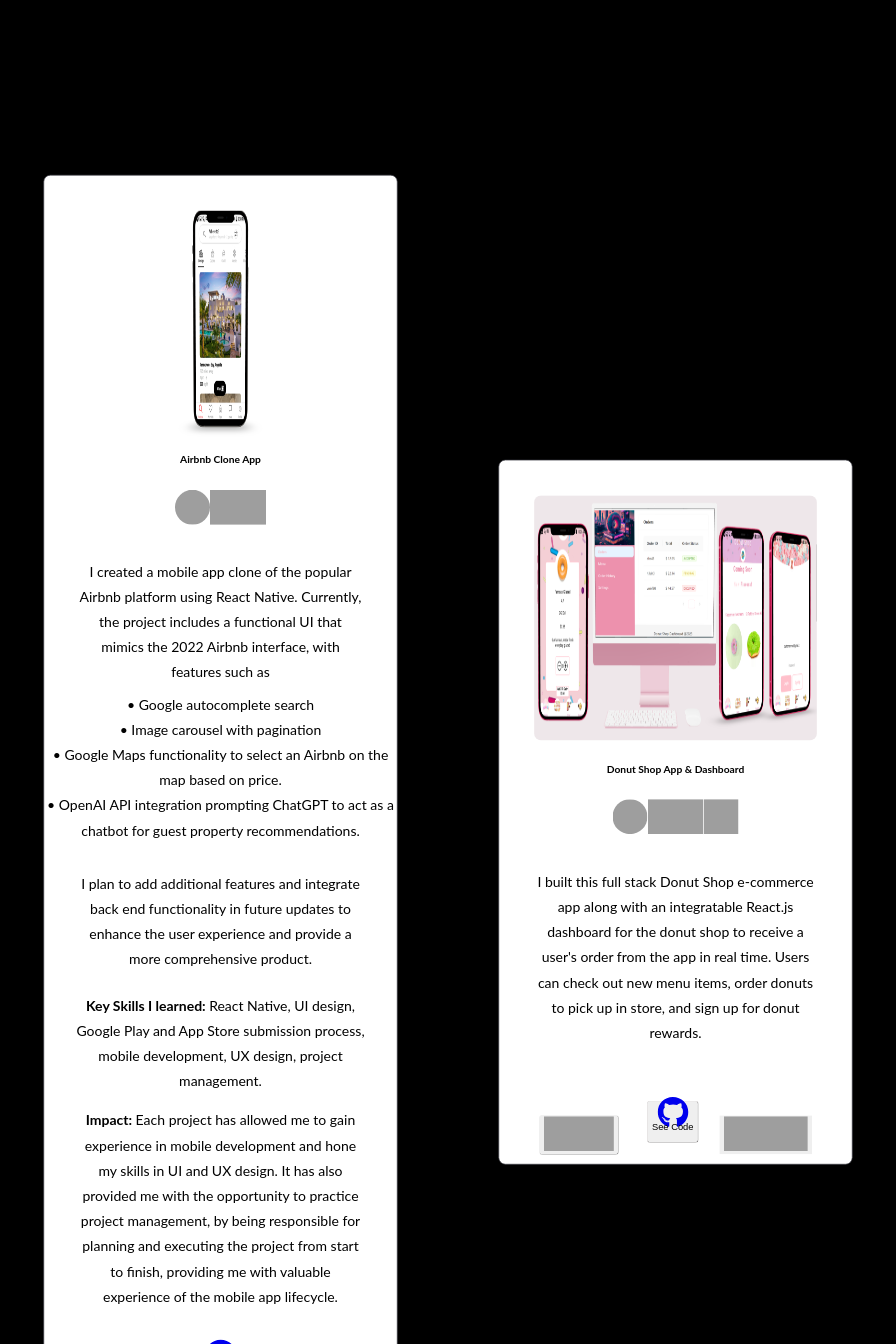
Repository: JamesPesenti/portfolio
Page: /
The author's editor kept a copy of each file at every save. The page is drawn from the files as they stood at one save, then again after the next save.
The browser window is 1280 px wide. The pictures show the part of the page from y = 1444 to 3364 px (the page is 6929 px tall), at 70% of full size.
Pictures or frames that could not be fetched are drawn as grey boxes. The project was rebuilt for these pictures with package versions that can differ from the ones it lists, and the page was loaded fresh each time. Imported but missing from the stored project, and not drawn on this page: src/Components/James Pesenti Resume 2023.pdf.

Above is the page before, as saved 2023-08-28 14:34:21.

### public/index.html
<!DOCTYPE html>
<html lang="en">
  <head>
    <meta charset="utf-8" />
    <link rel="" href="" />
    <meta name="viewport" content="width=device-width, initial-scale=1" />
    <meta name="theme-color" content="#000000" />
    <meta name="description" content="James Pesenti Portfolio 2023" />
    <link rel="apple-touch-icon" href="" />
    <link rel="manifest" href="%PUBLIC_URL%/manifest.json" />

    <title>Portfolio 2023</title>

  </head>
  <body>
    <div id="root"></div>
  </body>
</html>

### src/Components/Navbar.jsx
import React, {Component} from 'react'
import { FaGithub } from "react-icons/fa";
import { FaEnvelope } from "react-icons/fa";
import { FaFile } from "react-icons/fa";
import Pdf from "../Components/James Pesenti Resume 2023.pdf"


const Navbar = () => {
  return (
    <>
          <div className="navbar flex">
            <div className="container">
                <nav>
                  <ul style={{textAlign: "center", marginTop: 70, position: 'relative', left: 0, top: -2}}>
                    <li>
                      <a className="App-link"  href="mailto:jamespesenti91@gmail.com" target="_blank" rel="noopener noreferrer">
                      <FaEnvelope size={35} style={{display: "flex", textAlign: "center", marginLeft: 10}}/>
                          Contact
                      </a>
                    </li>
                    <li>
                      <a className="App-link" href="https://github.com/JamesPesenti" target="_blank" rel="noopener noreferrer">
                        <FaGithub size={35} style={{display: "flex", textAlign: "center", marginLeft: 10}} />
                        GitHub
                      </a>
                    </li>
                    <li>
                      <a className="App-link" href={Pdf} target="_blank" rel="noopener noreferrer">
                        <FaFile size={35} style={{display: "flex", textAlign: "center", marginLeft: 10}} />
                        Resume
                      </a>
                    </li>
                  </ul>
                </nav>
                {/* <h4 style={{color: "white", textAlign: 'center', marginBottom:-440}}>
                  See my work below and send a message to get in touch
                </h4> */}
            </div>
          </div>
    </>
  )
}

export default Navbar

### src/Components/AboutMe.jsx
import React from 'react'
import { FontAwesomeIcon } from '@fortawesome/react-fontawesome'
import { FaGithub } from "react-icons/fa";
import { FaMapPin } from "react-icons/fa";

const AboutMe = () => {
  return (
    <>

        <div style={{justifyContent: "center", textAlign: "center", color: "white", padding: 50,}}>
            {/* Spinning image  */}
            {/* <img style={{padding: 10, borderRadius: "50%", width: 200, height: 200,}} src="/images/IMG_1619.jpg" className="App-logo" alt="logo" /> */}
            <img style={{padding: 10, borderRadius: "50%", width: 200, height: 200,}} src="/images/IMG_1619.jpg" alt="logo" />
            <h1>I'm James Pesenti</h1>
            <h2>a Software Developer building mobile apps and websites</h2>
              <FaMapPin size={20} style={{position: "relative", top: 5, right: 65, }} />
              <h3 style={{marginTop: -24}}> Chicago, IL</h3>
        </div>

</>
  )
}

export default AboutMe

### src/Components/Scroll.jsx
import React from 'react'
import '../CSS/App.css';


const Scroll = () => {

  return (
    <>

        <div style={{marginBottom: 400, justifyContnent: 'center'}} id="section09" class="demo">
          <a href="#parallaxContainer">
            <span></span>
            Scroll down to see my work
          </a>
        </div>

    </>
  )
}

export default Scroll

### src/Components/MyProjects.jsx
import UberGoogleButton from "../Components/UberGoogleButton"
import AstonGoogleButton from "./AstonGoogleButton"
import AstonAppleButton from "./AstonAppleButton"
import BarceGoogleButton from "../Components/BarceGoogleButton"
import BarceAppleButton from "./BarceAppleButton"
import { FaGithub } from "react-icons/fa";

const MyProjects = () => {
  return (

  <>
    <div id="parallaxContainer" style={{ display: 'grid', gridTemplateColumns: 'repeat(2, 1fr)', gap: '20px' }}>

    {/* Airbnb Clone */}
    <div style={{ justifyContent: 'center', alignItems: 'center',  width: "80%", borderRadius: 10}} className="box">
            <div>
                <img style={{ borderRadius: 10, marginTop: 50, marginBottom: -35, width: "48%", height: 350, transition: ".7s", }} src="images/mockrocket-capture (11).png" />
            </div>
            <h4 style={{textAlign: 'center'}}>Airbnb Clone App</h4>
                <div style={{flexDirection: "row", padding: 10, borderRadius: 10, marginBottom: -40,}}>
                  <img style={{width: 50, height: 50, borderRadius: 50}} src="https://i.pinimg.com/originals/8a/02/1a/8a021aa097236b42dd71fb731e3d894d.gif"/>
                  <img style={{width: 80, height: 50, }} src="https://www.datocms-assets.com/45470/1631026680-logo-react-native.png"  />
                  {/* <img style={{width: 50, height: 50, }} src="https://pbs.twimg.com/profile_images/1114309924551417856/FKA4cm2x_400x400.png"  /> */}
                </div>
           <div>
            <p style={{fontSize: 20, textAlign: 'center', padding: 50, marginBottom: -60}}>I created a mobile app clone of the popular Airbnb platform using React Native. Currently, the project includes a functional UI that mimics the 2022 Airbnb interface, with features such as</p>
            <p style={{fontSize: 20, padding: 0, marginBottom: -20}}>&#8226; Google autocomplete search</p>
            <p style={{fontSize: 20,  padding: 0, marginBottom: -20}}>&#8226; Image carousel with pagination</p>
            <p style={{fontSize: 20, paddingHorizontal: 0, marginBottom: -20}}> &#8226; Google Maps functionality to select an Airbnb on the map based on price.</p>
            <p style={{fontSize: 20, paddingHorizontal: 0, marginBottom: -20}}> &#8226; OpenAI API integration prompting ChatGPT to act as a chatbot for guest property recommendations.</p>

            <p style={{fontSize: 20, textAlign: 'center', padding: 40, marginBottom: -60}}>I plan to add additional features and integrate back end functionality in future updates to enhance the user experience and provide a more comprehensive product.</p>
            <p style={{fontSize: 20, textAlign: 'center', padding: 30, marginBottom: -80}}><b> Key Skills I learned: </b>React Native, UI design, Google Play and App Store submission process, mobile development, UX design, project management.</p>
            <p style={{fontSize: 20, textAlign: 'center', padding: 50}}><b> Impact: </b> Each project has allowed me to gain experience in mobile development and hone my skills in UI and UX design. It has also provided me with the opportunity to practice project management, by being responsible for planning and executing the project from start to finish, providing me with valuable experience of the mobile app lifecycle.</p>
           </div>

           <div style={{flexDirection: "row"}}>
                {/* <UberGoogleButton  /> */}
                <button style={{marginTop: 10}} type="button" className="codeButton">
                  <a href="https://github.com/JamesPesenti/Airbnb" target="_blank" rel="noopener noreferrer">
                    <FaGithub  size={45} style={{ marginTop: -80, marginBottom: -25, justifyContent: "center", textAlign: "center"}} />
                  </a>
                  <p>See Code</p>
                </button>
                {/* <AstonAppleButton  /> */}
            </div>

        </div>


     {/* Donut Shop App */}
     <div style={{marginTop: 80, marginBottom: 20, justifyContent: 'center', alignItems: 'center',  width: "80%", borderRadius: 10}} className="box">
            <div>
                <img style={{ borderRadius: 10, marginTop: 50, width: "80%", height: 350, transition: ".7s", }} src="/images/appAndDashMock.png" />
            </div>
            <h4 style={{textAlign: 'center'}}>Donut Shop App & Dashboard</h4>
                <div style={{flexDirection: "row", padding: 10, borderRadius: 10, marginBottom: -40,}}>
                  <img style={{width: 50, height: 50, borderRadius: 50}} src="https://i.pinimg.com/originals/8a/02/1a/8a021aa097236b42dd71fb731e3d894d.gif"/>
                  <img style={{width: 80, height: 50, }} src="https://www.datocms-assets.com/45470/1631026680-logo-react-native.png"  />
                  <img style={{width: 50, height: 50, }} src="https://pbs.twimg.com/profile_images/1114309924551417856/FKA4cm2x_400x400.png"  />
                </div>
            <p style={{fontSize: 20,textAlign: 'center', padding: 50}}>I built this full stack Donut Shop e-commerce app along with an integratable React.js dashboard for the donut shop to receive a user's order from the app in real time. Users can check out new menu items, order donuts to pick up in store, and sign up for donut rewards.</p>

            <div style={{flexDirection: "row"}}>
                <UberGoogleButton  />
                <button style={{marginTop: 40}} type="button" className="codeButton">
                  <a href="https://github.com/JamesPesenti/Donut_Shop" target="_blank" rel="noopener noreferrer">
                    <FaGithub  size={45} style={{ marginTop: -80, marginBottom: -25, justifyContent: "center", textAlign: "center"}} />
                  </a>
                  <p>See Code</p>
                </button>
                <AstonAppleButton  />
            </div>

        </div>


    {/* Uber Eats App */}
    <div style={{marginTop: 80, marginBottom: 60, justifyContent: 'center', alignItems: 'center',  width: "80%", borderRadius: 10}} className="box">
            <div className="imgWrapper" style={{width: 480, height: 350}}>
                <img style={{ borderRadius: 5, marginTop: 50, width: "100%", height: 300, transition: ".7s", }} src="/images/UberEatsLast.png" />
            </div>
            <h4 style={{textAlign: 'center'}}>Uber Eats Clone App</h4>
                <div style={{flexDirection: "row", padding: 10, borderRadius: 10, marginBottom: -40,}}>
                  <img style={{width: 50, height: 50, borderRadius: 50}} src="https://i.pinimg.com/originals/8a/02/1a/8a021aa097236b42dd71fb731e3d894d.gif"/>
                  <img style={{width: 80, height: 50, }} src="https://www.datocms-assets.com/45470/1631026680-logo-react-native.png"  />
                  <img style={{width: 50, height: 50, }} src="https://pbs.twimg.com/profile_images/1114309924551417856/FKA4cm2x_400x400.png" />
                </div>
            <p style={{fontSize: 20,textAlign: 'center', padding: 50}}>A full stack React Native app inspired by the UberEats user app. I utilized AWS Amplify's datastore to configure the back end to query and save customer's orders and used Amazon Cognito for user registration, authentication, & account recovery.</p>

            <div style={{flexDirection: "row"}}>
                <UberGoogleButton  />
                <button style={{marginTop: 40}} type="button" className="codeButton">
                  <a href="https://github.com/JamesPesenti/UberEatsClone" target="_blank" rel="noopener noreferrer">
                    <FaGithub  size={45} style={{ marginTop: -80, marginBottom: -20, justifyContent: "center", textAlign: "center"}} />
                  </a>
                  <p>See Code</p>
                </button>
                <AstonAppleButton  />
            </div>

        </div>


     {/* Aston Waikiki App */}
       <div style={{marginTop: 80, marginBottom: 120, justifyContent: 'center', alignItems: 'center',  width: "80%", borderRadius: 10}} className="box">
            <div className="imgWrapper" style={{width: 450, height: 350}}>
                <img style={{ marginTop: 50, width: "100%", height: "auto", transition: ".7s", }} src="/images/astonmock.png" />
            </div>
            <h4 style={{textAlign: 'center'}}>Aston Waikiki Hotel UI</h4>
                <div style={{flexDirection: "row", padding: 10, borderRadius: 10, marginBottom: -40,}}>
                  <img style={{width: 50, height: 50, borderRadius: 50}} src="https://i.pinimg.com/originals/8a/02/1a/8a021aa097236b42dd71fb731e3d894d.gif"/>
                  <img style={{width: 80, height: 50, }} src="https://www.datocms-assets.com/45470/1631026680-logo-react-native.png"  />
                </div>
            <p style={{fontSize: 20,textAlign: 'center', padding: 50}}>A React Native UI design I created to reimagine the hotel Aston Waikiki Beach's website into a cross platform mobile app. I used most of the content and images from the current website and utilized both Bottom Tabs, Drawer navigation and other React Native libraries for a better user experience.</p>

            <div style={{flexDirection: "row"}}>
                <AstonGoogleButton  />
                <button style={{marginTop: 40}} type="button" className="codeButton">
                        <a href="https://github.com/JamesPesenti/AstonWaikikiBeachApp" target="_blank" rel="noopener noreferrer">
                            <FaGithub  size={45} style={{ marginTop: -80, marginBottom: -20, justifyContent: "center", textAlign: "center"}} />
                        </a>
                        <p>See Code</p>
                </button>
                <AstonAppleButton  />
            </div>

        </div>


    {/* Barcelona App */}
       <div style={{marginTop: 20, marginBottom: 120, justifyContent: 'center', alignItems: 'center',  width: "80%", borderRadius: 10}} className="box">
            <div className="imgWrapper" style={{width: 650, height: 300}}>
                <img style={{ marginTop: 30, width: "100%", height: 250, transition: ".7s", }} src="/images/barcelonamockup.png" />
            </div>
            <h4 style={{textAlign: 'center'}}>Barcelona Tourist App</h4>
                <div style={{flexDirection: "row", padding: 10, borderRadius: 10, marginBottom: -20,}}>
                <img style={{width: 80, height: 50,}} src="https://www.datocms-assets.com/45470/1631026680-logo-react-native.png"  />
                <img style={{width: 50, height: 50, borderRadius: 50}} src="https://i.pinimg.com/originals/8a/02/1a/8a021aa097236b42dd71fb731e3d894d.gif"/>
                </div>
            <p style={{fontSize: 20, textAlign: 'center', padding: 50}}>I created this React Native app for visitors of Barcelona Spain to save pictures and locations of their favorite places. I used pop-up modals for users to quickly get information on popular sights and used geolocation with google maps so users can save their location and select it on the map.</p>

            <div style={{flexDirection: "row"}}>
               <BarceAppleButton  />
                <button style={{marginTop: 40}} type="button" className="codeButton">
                        <a href="https://github.com/JamesPesenti/BarcelonaApp" target="_blank" rel="noopener noreferrer">
                            <FaGithub  size={45} style={{ marginTop: -80, marginBottom: -20, justifyContent: "center", textAlign: "center"}} />
                        </a>
                        <p>See Code</p>
                </button>
                <BarceGoogleButton  />
            </div>

        </div>

    {/* IAR React App */}
        {/* <div style={{marginBottom: 0, justifyContent: 'center', alignItems: 'center',  width: "80%", borderRadius: 10}} className="box">
            <img style={{ width: 600, height: 350, borderRadius: 10, borderWidth: 2, borderColor: "green"}} src="/images/innermock.png" />
            <h4 style={{textAlign: 'center'}}>Inner Aura Readings Website</h4>
            <div style={{flexDirection: "row", padding: 10, borderRadius: 10}}>
                <img src="https://www.logo.wine/a/logo/React_(web_framework)/React_(web_framework)-Logo.wine.svg" style={{width: 100, height: 50,}} />
                <img className="logoBox" src="https://cdn.pixabay.com/photo/2017/08/05/11/16/logo-2582747_1280.png" style={{width: 50, height: 50,}} />
            </div>
            <p style={{fontSize: 20, textAlign: 'center', padding: 50}}>This was the first official React.js web app that I developed. I made it for a friend who wanted to reach more customers with a mobile friendly website. I made multiple iterations and converted it into a PWA for offline operability with native like performance. </p>
            <button style={{marginTop: 0}} type="button" className="codeButton">
                        <a href="https://github.com/JamesPesenti/InnerAuraReadings2022" target="_blank" rel="noopener noreferrer">
                            <FaGithub  size={45} style={{ marginTop: -80, marginBottom: -20, justifyContent: "center", textAlign: "center"}} />
                        </a>
                        <p>See Code</p>
            </button>

        </div> */}


{/* REapp */}
        {/* <div style={{marginBottom: 100, justifyContent: 'center', alignItems: 'center',  width: "80%", borderRadius: 10,}} className="box">
        <img style={{marginTop: 50, width: 800, height: 350, borderRadius: 10, borderWidth: 2, borderColor: "green"}} src="/images/remockup.png" />
            <h4 style={{textAlign: 'center'}}>Real Estate Listing Website </h4>
            <div style={{flexDirection: "row", padding: 10, borderRadius: 10}}>
                <img src="https://www.logo.wine/a/logo/React_(web_framework)/React_(web_framework)-Logo.wine.svg" style={{width: 100, height: 50,}} />
                <img src="https://img.icons8.com/color/480/cloud-firestore.png" style={{width: 50, height: 50,}} />
                <img src="https://raw.githubusercontent.com/JamesPesenti/RealEstateApp/16b046b3d34b4a26468627e906dc503be8911b73/src/assets/svg/googleIcon.svg" style={{marginBottom: 8, width: 100, height: 30,}} />
            </div>
            <p style={{fontSize: 20, textAlign: 'center', padding: 50}}>Real Estate listing website built with React, FireStore database and Google OAuth to sign in with a google account. You can search listings for rent/sale and login to your account to create a listing and save offers. Inspiration and back-end code taken from Brad Traversey's React course I took on Udemy.</p>
            <button style={{marginTop: 40}} type="button" className="codeButton">
                        <a href="https://github.com/JamesPesenti/RealEstateApp" target="_blank" rel="noopener noreferrer">
                            <FaGithub  size={45} style={{ marginTop: -80, marginBottom: -20, justifyContent: "center", textAlign: "center"}} />
                        </a>
                        <p>See Code</p>
            </button>
        </div> */}

    </div>


    </>
  )
}

export default MyProjects

### src/Components/UberGoogleButton.jsx
import React from 'react'


const UberGoogleButton = () => {
  return (
    <>
    <button type="button" style={{marginRight: 40, borderWidth: .1, borderColor: '#efefef', borderRadius: 5}}>
        <a href="https://expo.dev/accounts/jimpesenti/projects/UberEats/builds/b9dfcb73-dd37-4009-b5f9-7d24a72b937d">
            <img style={{width: 100, height: 50, borderRadius: 0}} src="https://logos-world.net/wp-content/uploads/2020/12/Google-Play-Logo-500x281.png"/>
        </a>
    </button>
    </>
  )
}

export default UberGoogleButton

### src/Components/AstonGoogleButton.jsx
import React from 'react'


const AstonGoogleButton = () => {
  return (
    <>
    <button type="button" style={{marginRight: 40, borderWidth: .1, borderColor: '#efefef', borderRadius: 5}}>
        <a href="https://play.google.com/store/apps/details?id=com.jamespesenti91.astonwaikikibeach">
            <img style={{width: 100, height: 50, borderRadius: 0}} src="https://logos-world.net/wp-content/uploads/2020/12/Google-Play-Logo-500x281.png"/>
        </a>
    </button>
    </>
  )
}

export default AstonGoogleButton

### src/Components/AstonAppleButton.jsx
import React from 'react'

const AstonAppleButton = () => {
  return (
    <>
    <button type="submit" style={{marginLeft: 30, borderWidth: 0,}}  >
        <a href="">
            <img style={{width: 120, height: 50, borderRadius: 0}} src="https://images.squarespace-cdn.com/content/v1/5b549a7f3c3a53487c250f58/1597439116255-P7ME5MNOIWQLJS1X4CPP/Apple+App+Store+Logo+Button.png"/>
        </a>
    </button>
    </>
  )
}

export default AstonAppleButton

### src/Components/BarceGoogleButton.jsx
import React from 'react'


const BarceGoogleButton = () => {
  return (
    <>
    <button type="button" style={{marginLeft: 30, borderWidth: .1, borderColor: '#efefef', borderRadius: 5}}>
        <a href="https://play.google.com/store/apps/details?id=com.jamespesenti91.VisitBarcelona">
            <img style={{width: 100, height: 50, borderRadius: 0}} src="https://logos-world.net/wp-content/uploads/2020/12/Google-Play-Logo-500x281.png" alt="barceButton"/>
        </a>
    </button>
    </>
  )
}

export default BarceGoogleButton

### src/Components/BarceAppleButton.jsx
import React from 'react'

const BarceAppleButton = () => {
  return (
    <>
    <button type="submit" style={{marginRight: 30, borderWidth: 0,}}  >
        <a href="">
            <img style={{width: 120, height: 50, borderRadius: 0}} src="https://images.squarespace-cdn.com/content/v1/5b549a7f3c3a53487c250f58/1597439116255-P7ME5MNOIWQLJS1X4CPP/Apple+App+Store+Logo+Button.png"/>
        </a>
    </button>
    </>
  )
}

export default BarceAppleButton

Loaded but not shown: src/index.js (common file); src/reportWebVitals.js (common file); src/serviceWorkerRegistration.js (137 lines, source omitted); src/App.js (33 lines, source omitted); src/CSS/App.css (351 lines, source omitted); src/CSS/index.css (197 lines, source omitted)

After the next save:
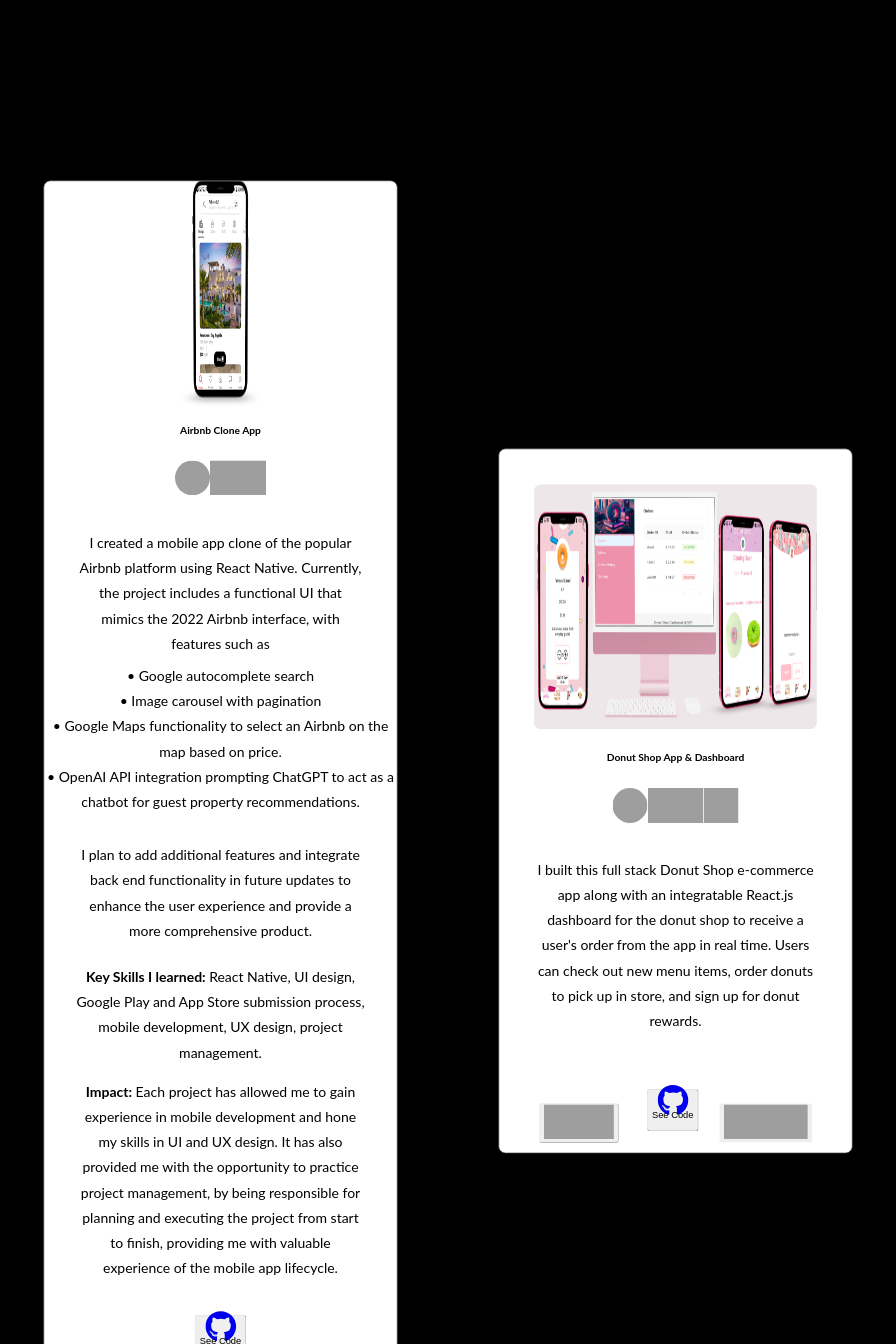
Saved 107 s later.
--- a/src/Components/MyProjects.jsx
+++ b/src/Components/MyProjects.jsx
@@ -14,7 +14,7 @@
     {/* Airbnb Clone */}
     <div style={{ justifyContent: 'center', alignItems: 'center',  width: "80%", borderRadius: 10}} className="box">
             <div>
-                <img style={{ borderRadius: 10, marginTop: 50, marginBottom: -35, width: "48%", height: 350, transition: ".7s", }} src="images/mockrocket-capture (11).png" />
+                <img style={{ borderRadius: 10, marginTop: 0, marginBottom: -35, width: "48%", height: 350, transition: ".7s", }} src="images/mockrocket-capture (11).png" />
             </div>
             <h4 style={{textAlign: 'center'}}>Airbnb Clone App</h4>
                 <div style={{flexDirection: "row", padding: 10, borderRadius: 10, marginBottom: -40,}}>
